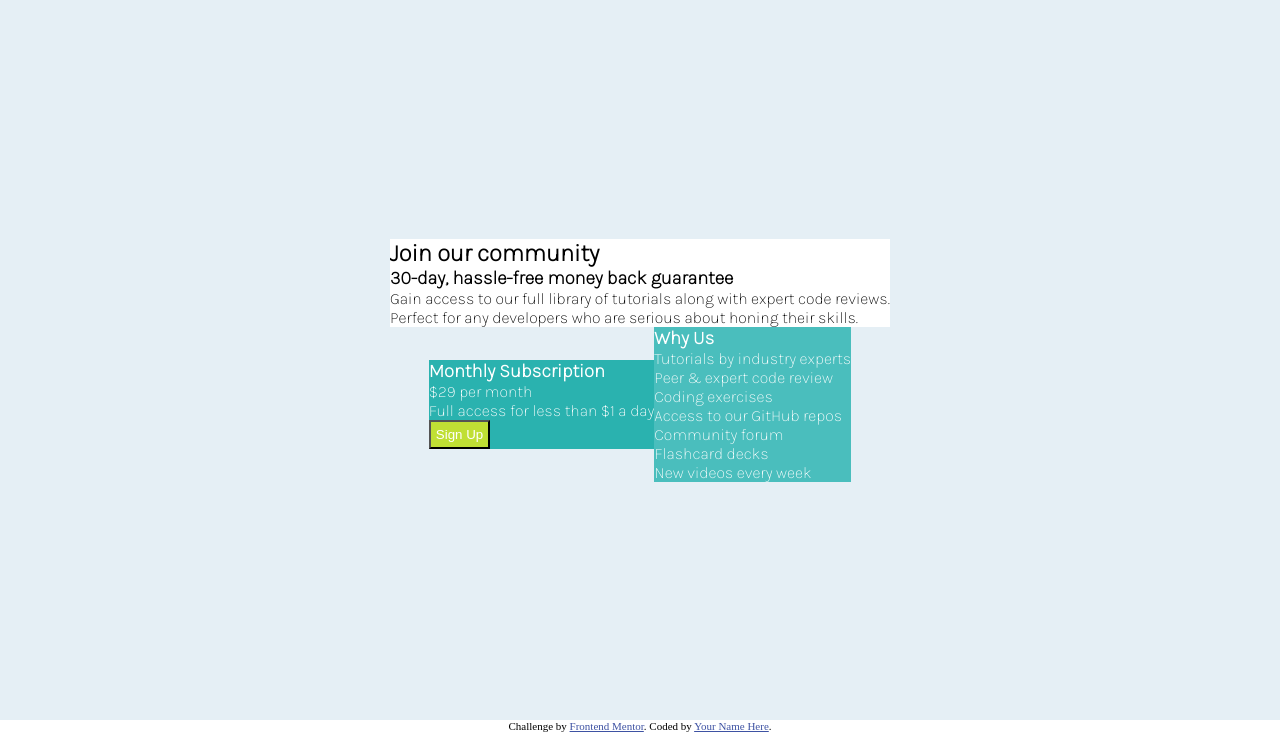
Repository: jminervino/PriceGridComponent
Page: index.html
The author's editor kept a copy of each file at every save. The page is drawn from the files as they stood at one save, then again after the next save.
The browser window is 1280 px wide. The pictures show the whole page.

Above is the page before, as saved 2022-02-06 22:49:31.

### index.html
<!DOCTYPE html>
<html lang="en">
<head>
  <meta charset="UTF-8">
  <meta name="viewport" content="width=device-width, initial-scale=1.0"> <!-- displays site properly based on user's device -->

  <link rel="icon" type="image/png" sizes="32x32" href="./images/favicon-32x32.png">
  <link rel="stylesheet" href="style.css">

  <title>Frontend Mentor | Single Price Grid Component</title>

  <!-- Feel free to remove these styles or customise in your own stylesheet 👍 -->
  <style>
    .attribution { font-size: 11px; text-align: center; }
    .attribution a { color: hsl(228, 45%, 44%); }
  </style>
</head>
<body>
    <section>
        <div class="container">
            <div class="sub-container-one">
                <h2>Join our community</h2>
                <h3>30-day, hassle-free money back guarantee</h3>
                <p>
                    Gain access to our full library of tutorials along with expert code reviews. <br>
                    Perfect for any developers who are serious about honing their skills.
                </p>
            </div>
            <div class="sub-container-two">
                <div class="box-one">
                    <h3>Monthly Subscription</h3>
                    <p><span>&dollar;</span>29 per month</p>
                    <p>Full access for less than &dollar;1 a day</p>
                    <button>Sign Up</button>
                </div>
                <div class="box-two">
                    <h3>Why Us</h3>
                    <p class="line-space">
                        Tutorials by industry experts <br>
                        Peer &amp; expert code review <br>
                        Coding exercises <br>
                        Access to our GitHub repos <br>
                        Community forum <br>
                        Flashcard decks <br>
                        New videos every week <br>
                    </p>

                </div>
            </div>
        </div>
    </section>
  <footer>
    <p class="attribution">
      Challenge by <a href="https://www.frontendmentor.io?ref=challenge" target="_blank">Frontend Mentor</a>.
      Coded by <a href="#">Your Name Here</a>.
    </p>
  </footer>
</body>
</html>

### style.css
@import url('https://fonts.googleapis.com/css2?family=Karla:ital,wght@0,200;1,200&family=Open+Sans+Condensed:wght@300&family=Quicksand:wght@300;400;500;600;700&display=swap');

*{
    padding: 0;
    margin: 0;
    box-sizing: border-box;
}

section {
    min-height: 100vh;
    width: 100% ;
    display: flex;
    align-items: center;
    justify-content: center;
    background-color: hsl(204, 43%, 93%);
    font-family: "Karla", sans-serif;
    font-size: 16px;
    font-weight: 400;
}

.container {
    display: grid;
    grid-templa
}

button {
    background-color: hsl(71, 73%, 54%);
    color: white;
    padding: 5px;
}

.sub-container-one {
    background-color: white;
}

.sub-container-two {
    display: flex;
    align-items: center;
    justify-content: center;
    color: white;
}

.text-yellow {
    color: hsl(71, 73%, 54%);
}

.box-one {
    flex-direction: column;
    background-color: hsl(179, 62%, 43%);
}

.box-two {
    background-color: #4abebd;
}

After the next save:
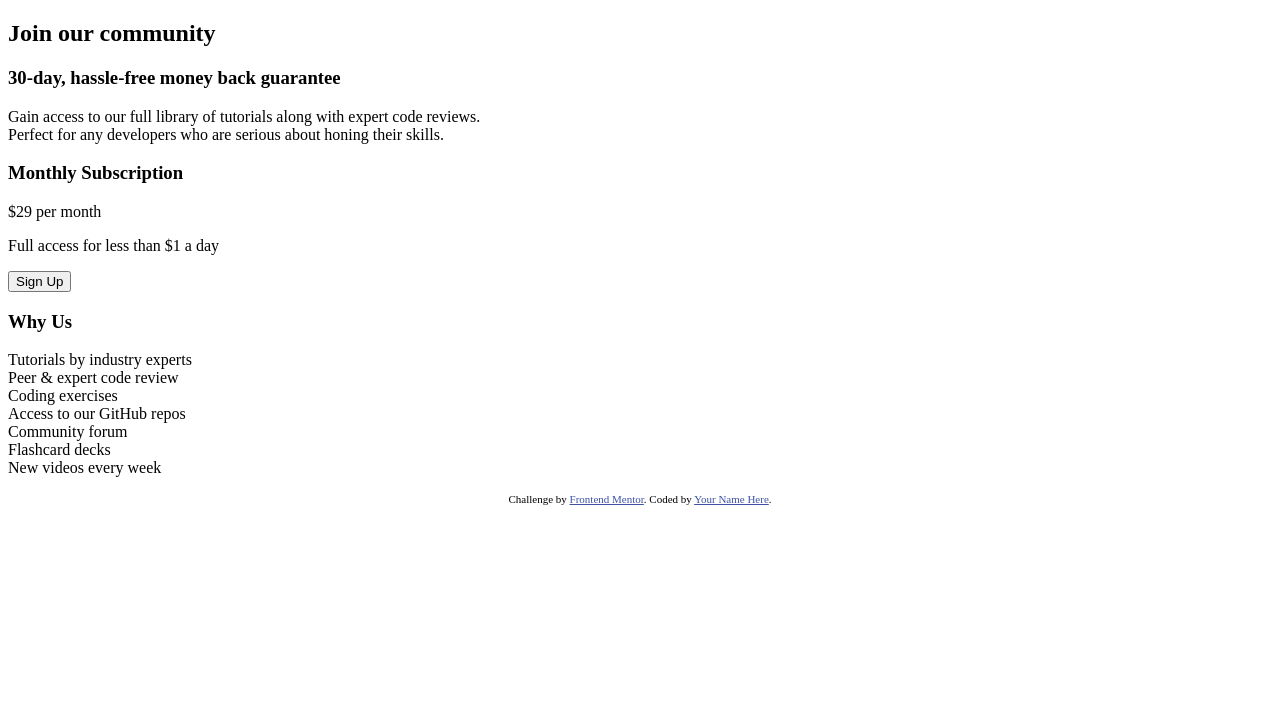
Saved 11 h 43 min later.
--- a/style.css
+++ b/style.css
@@ -1,54 +1 @@
 @import url('https://fonts.googleapis.com/css2?family=Karla:ital,wght@0,200;1,200&family=Open+Sans+Condensed:wght@300&family=Quicksand:wght@300;400;500;600;700&display=swap');
-
-*{
-    padding: 0;
-    margin: 0;
-    box-sizing: border-box;
-}
-
-section {
-    min-height: 100vh;
-    width: 100% ;
-    display: flex;
-    align-items: center;
-    justify-content: center;
-    background-color: hsl(204, 43%, 93%);
-    font-family: "Karla", sans-serif;
-    font-size: 16px;
-    font-weight: 400;
-}
-
-.container {
-    display: grid;
-    grid-templa
-}
-
-button {
-    background-color: hsl(71, 73%, 54%);
-    color: white;
-    padding: 5px;
-}
-
-.sub-container-one {
-    background-color: white;
-}
-
-.sub-container-two {
-    display: flex;
-    align-items: center;
-    justify-content: center;
-    color: white;
-}
-
-.text-yellow {
-    color: hsl(71, 73%, 54%);
-}
-
-.box-one {
-    flex-direction: column;
-    background-color: hsl(179, 62%, 43%);
-}
-
-.box-two {
-    background-color: #4abebd;
-}
